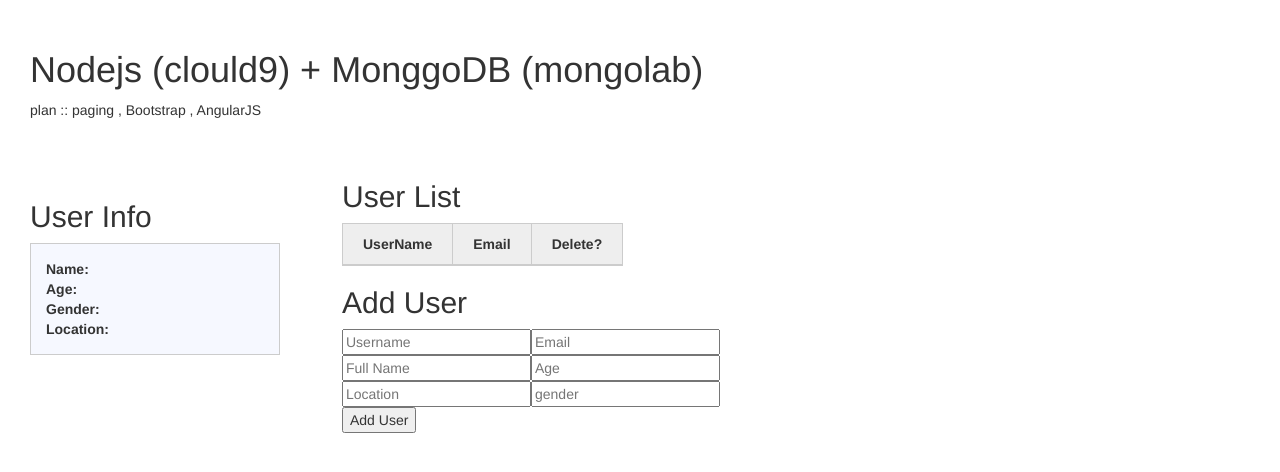
Repository: SeungHyunChoi/choish777
Page: http://localhost/
The author's editor kept a record of every edit. The page is drawn from the files as they stood at one moment, then again after the next edit.
The browser window is 1280 px wide. The pictures show the whole page.
The page is served by the project's Node server (app.js). Queries for data that is not in the repository find no rows.

Above is the page before.
Console error: ReferenceError: shwo is not defined

After the next edit:
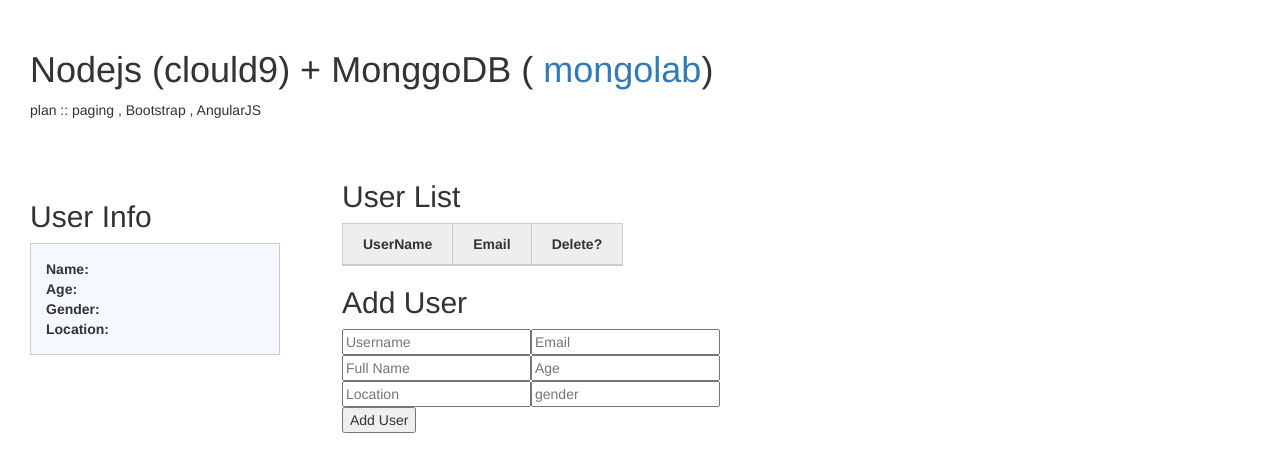
The edit:
--- a/workspace/views/index.jade
+++ b/workspace/views/index.jade
@@ -3,7 +3,7 @@
 
 block content
     h1= title
-    h1 Nodejs (clould9) + MonggoDB (mongolab)
+    h1 Nodejs (clould9) + MonggoDB ( <a href="https://mongolab.com/" target="_new">mongolab</a>)
     div plan :: paging , Bootstrap , AngularJS
     br
     br
